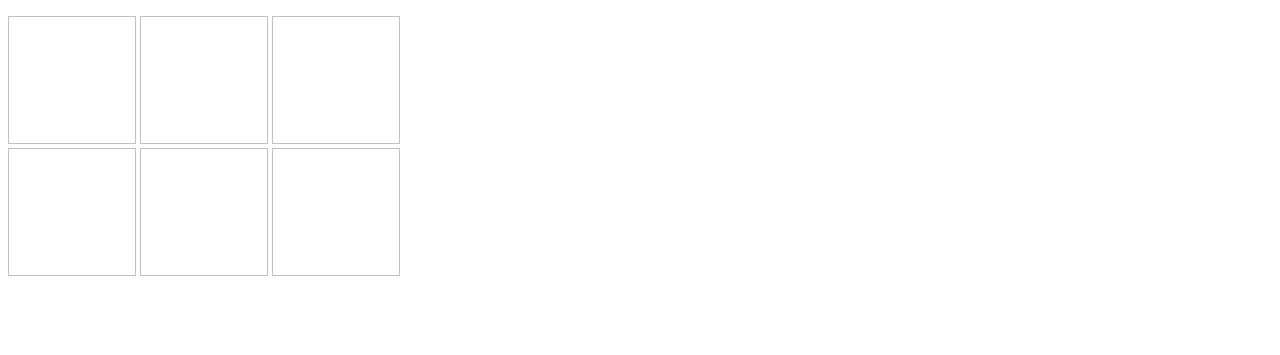
Repository: shoma2491/Mission_Invisible
Page: src/main/resources/templates/game.html
An editor plug-in stored every save of this project. The page is shown before and after the next save, followed by the edit.
The browser window is 1280 px wide. The pictures show the whole page.

Above is the page before, as saved 2022-01-18 14:28:30.

After the next save:
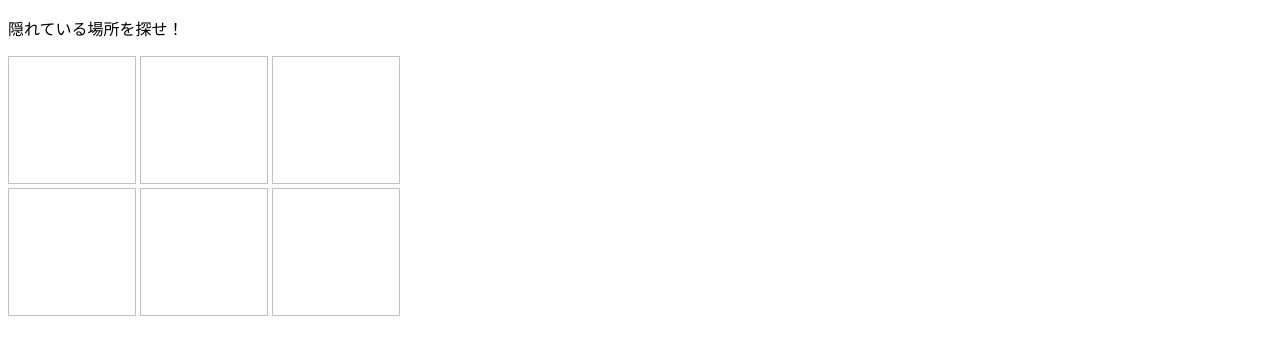
Saved 28 s later.
--- a/src/main/resources/templates/game.html
+++ b/src/main/resources/templates/game.html
@@ -7,7 +7,7 @@
 
 <body>
         <div sec:authorize="hasRole('ROLE_ONI')">
-                <p></p>
+                <p>隠れている場所を探せ！</p>
         </div>
         <a href="/selectImgNum/1"><img th:src="@{/image/神社.png}" width="128" height="128" /></a>
         <a href="/selectImgNum/2"><img th:src="@{/image/商店街.png}" width="128" height="128" /></a>
